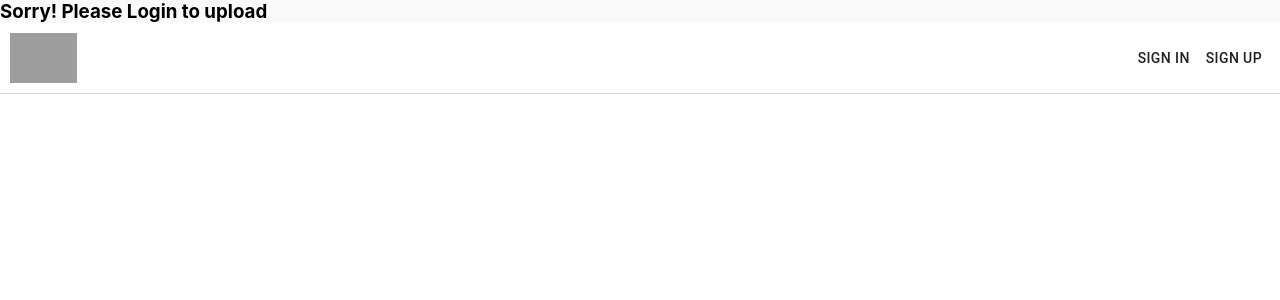
Repository: shiv0403/React-PostEmbed
Page: /
An editor plug-in stored every save of this project. The page is shown before and after a run of saves, followed by the edit.
The browser window is 1280 px wide. The pictures show the whole page.
Pictures or frames that could not be fetched are drawn as grey boxes. The page's requests for data from a server got no answer. The project was rebuilt for these pictures with package versions that can differ from the ones it lists, and the page was loaded fresh each time. No one was signed in, and anything a server would have sent is missing. Also part of the build but not shown: src/Post.css, src/Post.js.

Above is the page before, as saved 2021-01-08 13:46:50.

After the next 2 saves:
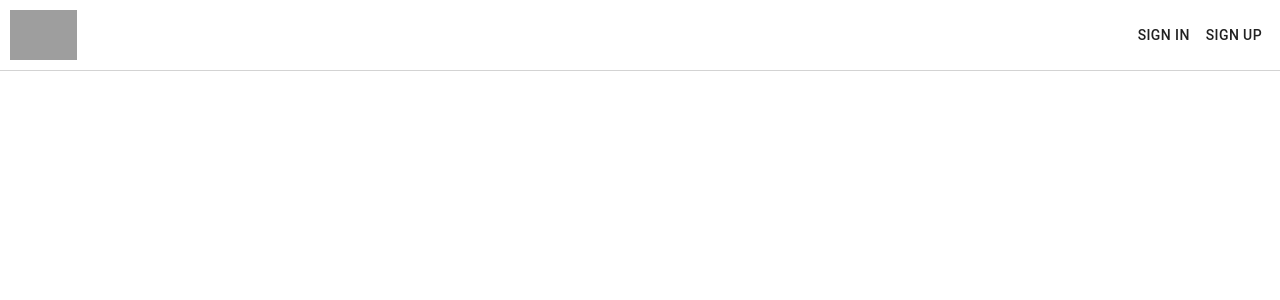
The 2 saves are shown as one change because 1 did not build or start.
The last was saved 45 s later.
--- a/src/App.js
+++ b/src/App.js
@@ -89,11 +89,12 @@
 
   return (
     <div className="app">
-      {user?.displayName ? (
+      {isLoggedIn && <PostUpload username={user?.displayName} />}
+      {/* {user?.displayName ? (
         <PostUpload username={user.displayName} />
       ) : (
         <h3>Sorry! Please Login to upload</h3>
-      )}
+      )} */}
       <Modal open={open} onClose={() => setOpen(false)}>
         <div className={classes.paper} style={modalStyle}>
           <form className="app_signup">
